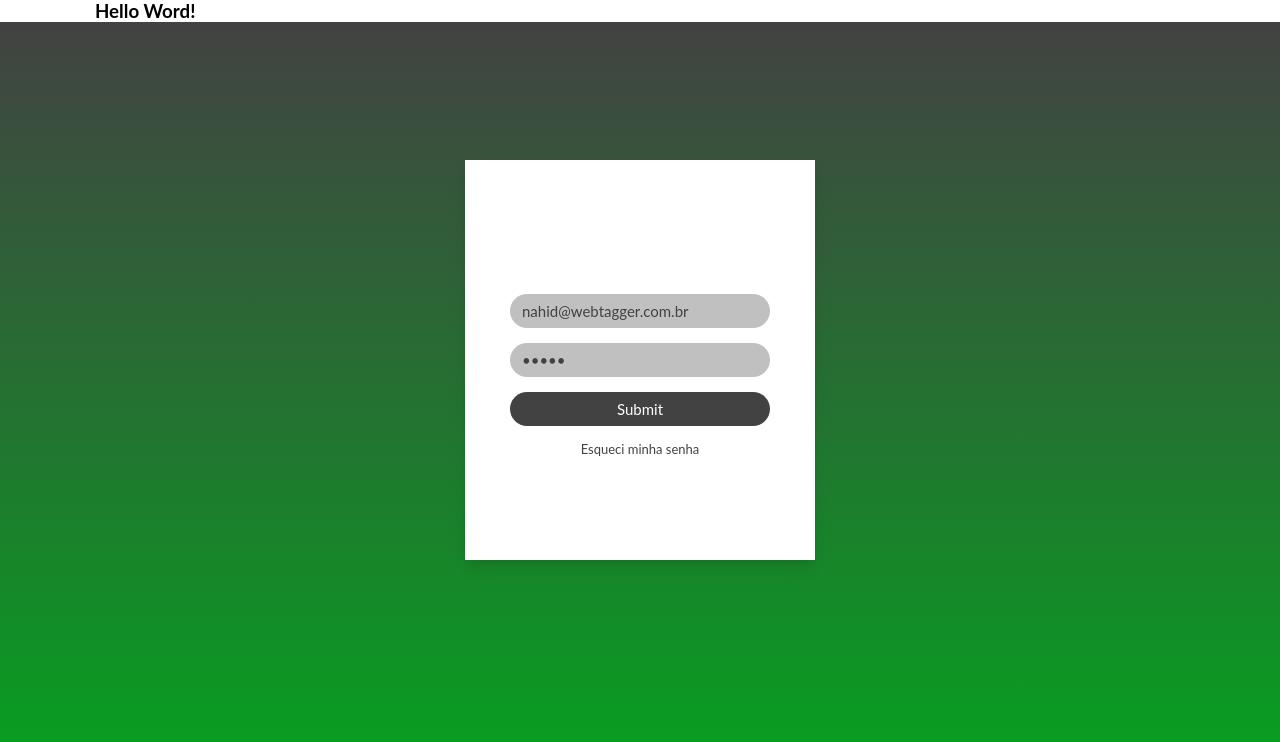
Repository: JoaoNahid/adminSystem
Page: /login (app in client/)
The author's editor kept a copy of each file at every save. The page is drawn from the files as they stood at one save, then again after the next save.
The browser window is 1280 px wide. The pictures show the whole page.
The project was rebuilt for these pictures with package versions that can differ from the ones it lists, and the page was loaded fresh each time. Also part of the build but not shown: client/src/App.css, client/src/routes/cadastro.js, client/src/routes/home.js, client/src/routes/404.js.

Above is the page before, as saved 2022-04-20 20:43:43.

### client/src/App.js
import logo from './logo.svg';
import React, { useState, useEffect } from "react"
import './App.css';
import './css/style.css';


// Router
import { BrowserRouter as Router, Route, Routes } from 'react-router-dom';
// Telas
import Login from './routes/login.js'
import Cadastro from './routes/cadastro.js'
import Home from './routes/home.js'
import Error from './routes/404.js'
import Header from './routes/header.js'

export default function App() {
  return (
    <Router>
      <div>
        <Header />
        <Routes>
          <Route exact path="/login" element={<Login />} />
          <Route exact path="/cadastro" element={<Cadastro />} />
          <Route exact path="/" element={<Home />} />
          <Route path="*" element={<Error />} />
        </Routes>
      </div>
    </Router>
  )
}

### client/src/css/style.css
body{
  margin: 0;
  padding: 0;
  font-family: 'Lato', sans-serif;
}
*{
  margin: 0;
  padding: 0;
  font-family: 'Lato', sans-serif;
}
:root{
  --cor1: #099c22;
  --cor2: #424242;
}

@import url('https://fonts.googleapis.com/css2?family=Lato:ital,wght@0,100;0,300;0,400;0,700;0,900;1,100;1,300;1,400;1,700;1,900&display=swap');


.container{
  /* width: calc(100% - 80px); */
  margin-left: 80px;
  padding: 0 15px;
}
.nomePagina{
  padding: 8px 0;
  margin-bottom: 15px;
  background-color: #fff;
  display: flex;
  flex-direction: row;
  justify-content: space-between;
  align-items: center;
}

.tituloPagina{
  color: var(--cor2);
  font-size: 30px;
}
.mostrarEstatisticas{
  color: var(--cor2);
  font-size: 30px;
  cursor: pointer;
  transform: rotate(180deg);
}
.flexBox{
  display: flex;
}
.flexRow{
  flex-direction: row;
}
/* SIDEBAR */
.sidebar{
  position: fixed;
  top: 0;
  bottom: 0;
  height: auto;
  width: 70px;
  background-color: var(--cor2);
  box-shadow: 10px 0 0 var(--cor1);
  overflow: hidden;
  transition: 0.5s;
  z-index: 2;
}
.sidebar:hover{
  width: 300px;
}
.sidebar ul{
  position: absolute;
  top: 200px;
  left: 0;
  width: 100%;
  padding-left: 5px;
}
.sidebar ul li{
  position: relative;
  list-style: none;
  width: 100%;
  border-top-left-radius: 20px;
}
.sidebar ul li a{
  position: relative;
  display: flex;
  width: 100%;
  text-decoration: none;
  color: #fff;
}
.sidebar .iconeSidebar{
  position: relative;
  display: block;
  min-width: 60px;
  height: 60px;
  text-align: center;
  line-height: 70px;
}
.sidebar .iconeSidebar ion-icon{
  position: relative;
  font-size: 1.5rem;
  z-index: 1;
}
.sidebar .tituloSidebar{
  position: relative;
  display: block;
  padding-left: 10px;
  height: 60px;
  line-height: 60px;
  white-space: nowrap;
}
.sidebar .active{
  background: var(--cor1);
}
.perfilUsuario{
  position: relative;
  top: 30px;
  display: flex;
  flex-direction: column;
  justify-content: center;
  align-items: center;
}
.fotoUsuario{
  width: 50px;
  height: 50px;
  border-radius: 50%;
  background-size: cover !important;
  background-repeat: no-repeat !important;
  background-position: center !important;
  transition: 0.6s;
}
.sidebar:hover .fotoUsuario{
  width: 100px;
  height: 100px;
}
.sidebar:hover .nomeUsuario,
.sidebar:hover .funcaoUsuario{
  visibility: visible;
  opacity: 1;
  transition: visibility 0s, opacity 0s linear;
}
.nomeUsuario{
  color: #fff;
  font-size: 20px;
  margin-top: 6px;
  visibility: hidden;
  opacity: 0;
  transition: visibility 0s, opacity 0s linear;
}
.funcaoUsuario{
  color: #fff;
  font-size: 15px;
  visibility: hidden;
  opacity: 0;
  transition: visibility 0s, opacity 0s linear;
}
/* FIM SIDEBAR */

/* DASHBOARD */
.areaBlocosEstatisticas{
  display: grid;
  grid-template-columns: repeat(4, 1fr);
  justify-content: center;
  gap: 20px;
  flex-direction: row;
}
@media(max-width: 1064px){
  .areaBlocosEstatisticas{
    grid-template-columns: repeat(2, 1fr);
  }
}
@media(max-width: 651px){
  .areaBlocosEstatisticas{
    grid-template-columns: 1fr;
  }
}
.blocoEstatistica{
  width: auto;
  height: 150px;
  background: var(--cor2);
  color: #fff;
  border-bottom: 3px solid var(--cor1);
  border-top-left-radius: 20px;
  border-top-right-radius: 20px;
  display: flex;
  flex-direction: column;
  justify-content: space-between;
  align-items: center;
  padding: 8px 12px;
}
.tituloEstatistica{
  font-size: 25px;
  text-transform: capitalize;
}
.conteudoEstatistica{
  display: flex;
  flex-direction: row;
  align-items: center;
  justify-content: space-between;
  width: 100%;
  padding-bottom: 25px;
}
.iconeEstatistica{
  width: 85px;
  font-size: 50px;
  z-index: 0;
}
.dadosEstatistica{
  text-align: center;
  width: 100%;
  font-size: 60px;
  color: #fff;
}
.exibirMenu{
  margin-top: -1000px !important;
  transition: .3s;
}
.rotacionarBtn{
  transform: rotate(180deg);
  transition: .7s ease-in;
}
/* FIM DASHBOARD */

/* LOGIN */
#bgAreaLogin{
  background: rgb(9,156,34);
  background: linear-gradient(0deg, rgba(9,156,34,1) 0%, rgba(66,66,66,1) 100%);
  width: 100%;
  height: 100vh;
}
#areaLogin{
  position: absolute;
  top: 0;
  bottom: 0;
  right: 0;
  left: 0;
  margin: auto auto;
  width: 350px;
  height: 400px;
  box-shadow: rgba(0, 0, 0, 0.1) 0px 10px 15px -3px, rgba(0, 0, 0, 0.05) 0px 4px 6px -2px;
  background-color: #fff;
}
.formLogin{
  padding: 15px 45px ;
  display: flex;
  flex-direction: column;
  gap: 15px;
  align-items: center;
  justify-content: center;
  height: 100%;
}
#areaLogin input{
  /* border-top: 0 none;
  border-right: 0 none;
  border-left: 0 none;
  border-color: var(--cor1); */
  border: 0 none;
  background: #42424255;
  color: var(--cor2);
  border-radius: 20px;
  padding: 8px 12px;
  font-size: 15px;
  width: calc(100% - 24px);
}
#areaLogin input::placeholder{
  color: #fff;
}
#areaLogin input:focus{
  outline: none;
}
.btnLogar{
  width: 100% !important;
  background-color: var(--cor2) !important;
  transition: .3s;
  color: #fff !important;
}
.btnLogar:hover{
  background-color: var(--cor1) !important;
  color: #fff !important;
  cursor: pointer;
}
.esqueciASenha{
  font-size: 13px;
  color: var(--cor2);
  text-decoration: none;
}
.esqueciASenha:hover{
  color: inherit;
}

/* FIM LOGIN */

/* Edição Site */
#areaTotalEdicaoSite{
  width: 100%;
}
.menuPaginas{
  display: flex;
  justify-content: center;
  flex-direction: row;
  margin-left: 230px;
  gap: 1px;
  background: var(--cor1);
}
.paginaEdicao{
  padding: 10px 10px;
  background-color: var(--cor2);
  color: #fff;
  width: 100%;
  text-align: center;
}
.paginaEdicao:hover{
  background: var(--cor1);
  cursor: pointer;
}
.menuSectionsPagina{
  width: 230px;
  display: flex;
  flex-direction: column;
  justify-content: center;
  background: var(--cor1);
}
.sectionEdicao{
  background: var(--cor2);
  color: #fff;
  width: calc(100% - 25px);
  text-align: left;
  padding: 16px 12px;
  text-decoration: none;
}
.sectionEdicao:hover{
  background: var(--cor1);
  cursor: pointer;
}
.boxFormEdicao{
  padding: 20px;
  width: calc(100% - 267px);
  border: solid 1px var(--cor2);
  border-left: solid 1px var(--cor1);
}
.tituloCampo{
  font-size: 18px;
  color: var(--cor2);
  margin-bottom: 10px;
}
.menuAtivo{
  background-color: var(--cor1);
}
/* Fim Edição Site */


/* INPUTS */
input:focus{
  outline: 0;
}
.formEdicao input{
  border-top: 0 none;
  border-right: 0 none;
  border-left: 0 none;
  border-bottom: 2px solid var(--cor2);
  padding: 0 5px 2px;
  font-size: 15px;
  transition: 0.3s;
  width: 100%;
}
.formEdicao input:focus{
  border-color: var(--cor1);
}
/* FIM INPUTS */

.headerArea{
  height: 50px;
  width: 100%;
  background-color: #000;
}

### client/src/routes/login.js
import React, { Component} from "react"
import Axios from "axios"
import md5 from "md5-hash"

export default class Login extends Component{
    constructor() {
        super()

        this.state = {
            usuario: "nahid@webtagger.com.br",
            senha: "teste",
            email: ""
        }
    }

    logar = (e) => {
        // 'http://localhost:3001/login/'+this.state.email+'/'+this.state.senha
        Axios.get('http://localhost:3001/login/'+this.state.usuario+'/'+md5(this.state.senha)).then((response) => {
            console.log(response)
            var dadosDoServidor = response.data[0]
            console.log(dadosDoServidor)
            if(dadosDoServidor != undefined){
                localStorage.setItem("id", dadosDoServidor.idUsuario)
                localStorage.setItem("email", dadosDoServidor.email)
                window.location.href = "/home"
            } else {
                window.alert('Login Inválido')
            }

        })
        e.preventDefault()
    }

    render() {
        return (
            <div id="bgAreaLogin">
                <div id="areaLogin" className="">
                    <div className="logoAreaLogin">

                    </div>
                    <form className="formLogin" method="post">
                        <input className="inputCampo" type="text" autoComplete="off" placeholder="Usuário" name="usuario" defaultValue={this.state.usuario} onChange={(e) => (this.setState({usuario: e.target.value}))} />
                        <input className="inputCampo" type="password" autoComplete="off" placeholder="Senha" name="senha" defaultValue={this.state.senha} onChange={(e) => (this.setState({ senha: e.target.value }))}/>

                        <input className="btnLogar" type="submit" name="logar" defaultValue="Login" onClick={(e) => this.logar(e)} />
                        <a className="esqueciASenha" href="esqueci-a-senha.php">Esqueci minha senha</a>
                    </form>
                </div>
            </div>
        )
    }
}

### client/src/routes/header.js
import React, { Component } from "react"

export default function Header() {

    return(
        <div id="headerArea">
            <div className="container">
                <h3>Hello Word!</h3>
            </div>
        </div>
    )
}

Loaded but not shown: client/public/index.html (common file); client/src/index.js (common file); client/src/index.css (common file); client/src/reportWebVitals.js (common file)

After the next save:
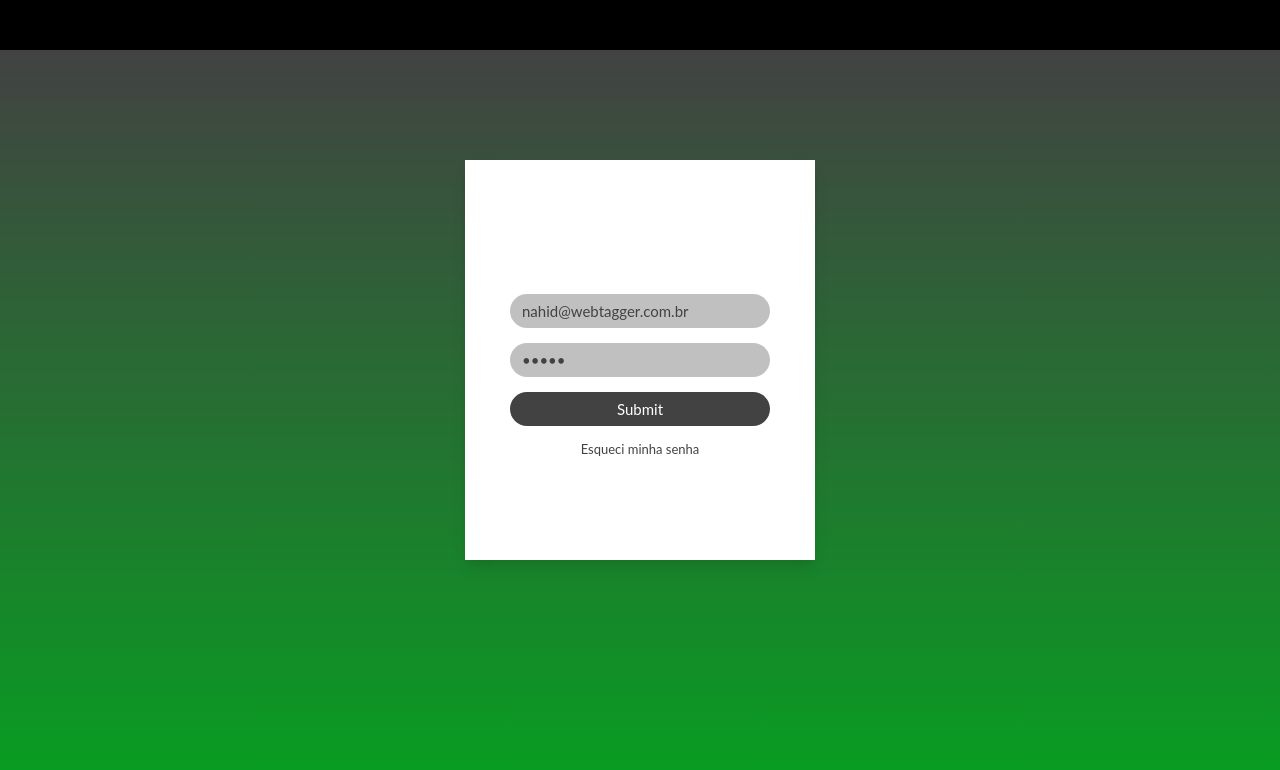
Saved 59 s later.
--- a/client/src/css/style.css
+++ b/client/src/css/style.css
@@ -363,7 +363,7 @@ input:focus{
 }
 /* FIM INPUTS */
 
-.headerArea{
+#headerArea{
   height: 50px;
   width: 100%;
   background-color: #000;
